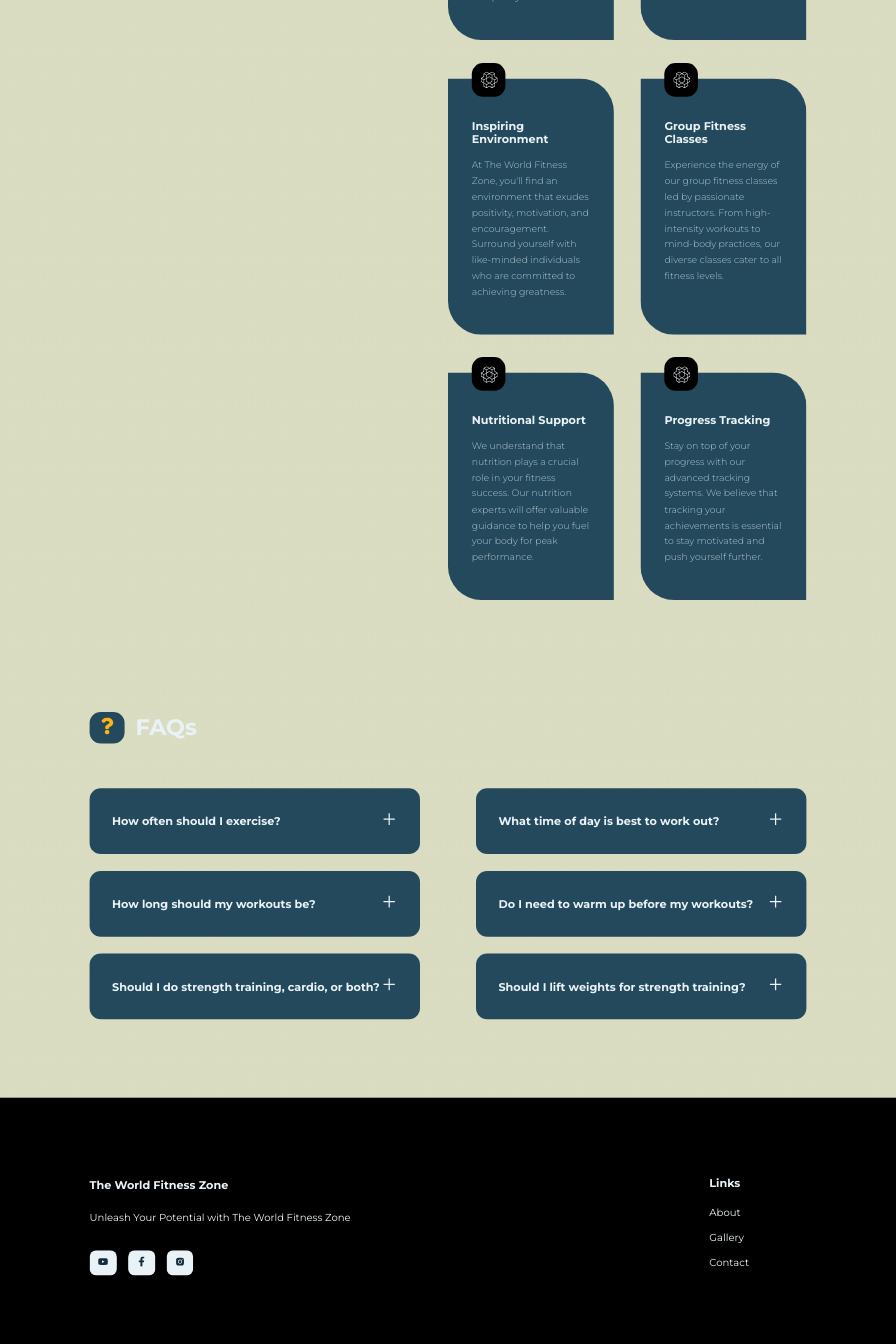
Repository: aryaMode/gym-portfolio
Page: /
The author's editor kept a copy of each file at every save. The page is drawn from the files as they stood at one save, then again after the next save.
The browser window is 1280 px wide. The pictures show the part of the page from y = 2233 to 4153 px (the page is 4153 px tall), at 70% of full size.
The project was rebuilt for these pictures with package versions that can differ from the ones it lists, and the page was loaded fresh each time. Also part of the build but not shown: src/components/Testimonial.jsx, src/pages/about/about.css, src/components/Header.jsx, src/pages/about/About.jsx, src/pages/contact/contact.css, src/pages/contact/Contact.jsx, src/pages/gallery/gallery.css, src/pages/gallery/Gallery.jsx and 7 more.

Above is the page before, as saved 2023-07-20 18:13:32.

After the next save:
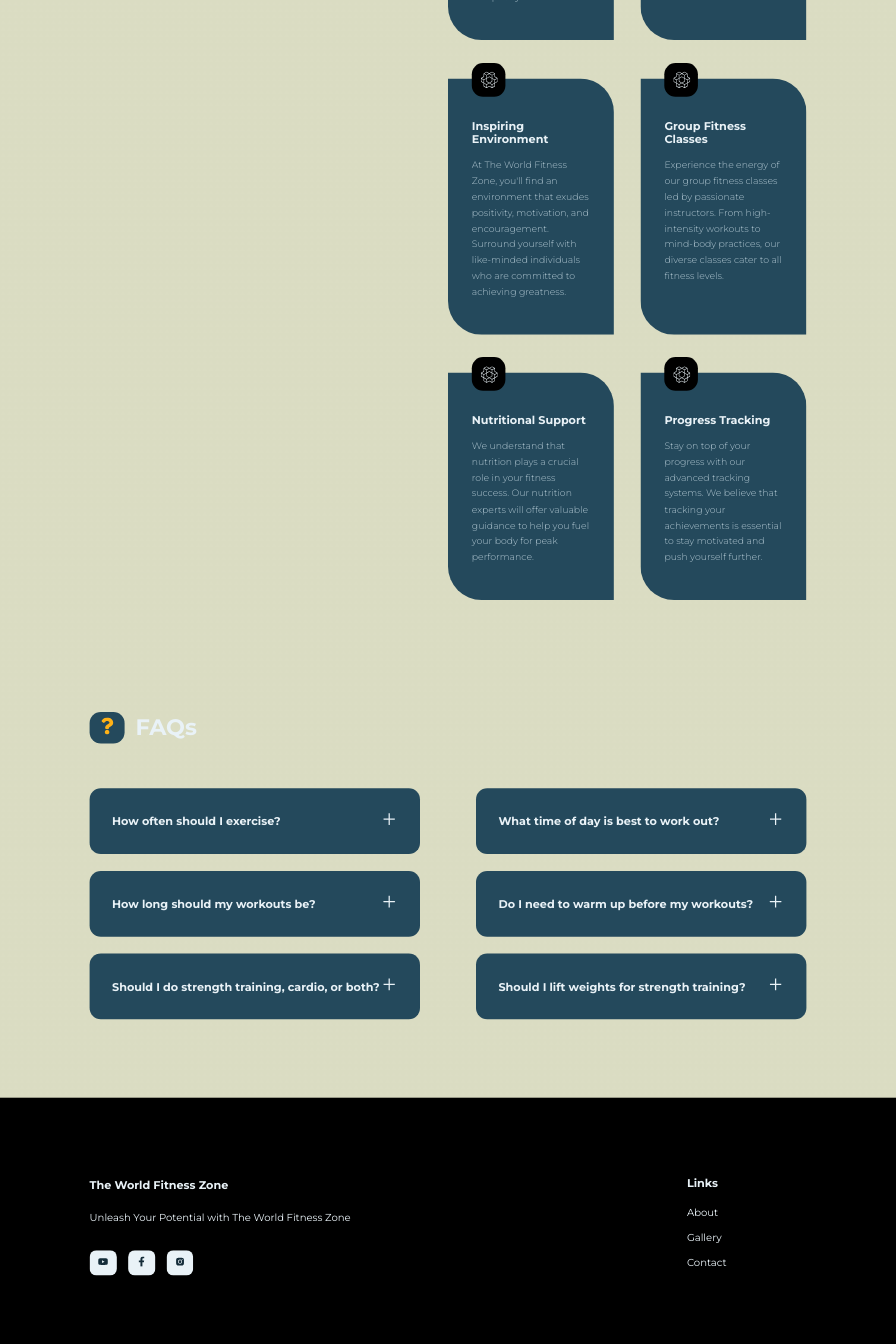
Saved 59 s later.
--- a/src/pages/home/home.css
+++ b/src/pages/home/home.css
@@ -240,7 +240,7 @@ footer {
 .footer__container {
     display: grid;
     grid-template-columns: 26rem 1fr 1fr 1fr;
-    gap: 4rem;
+    gap: 2rem;
 }
 
 .footer__container article {
